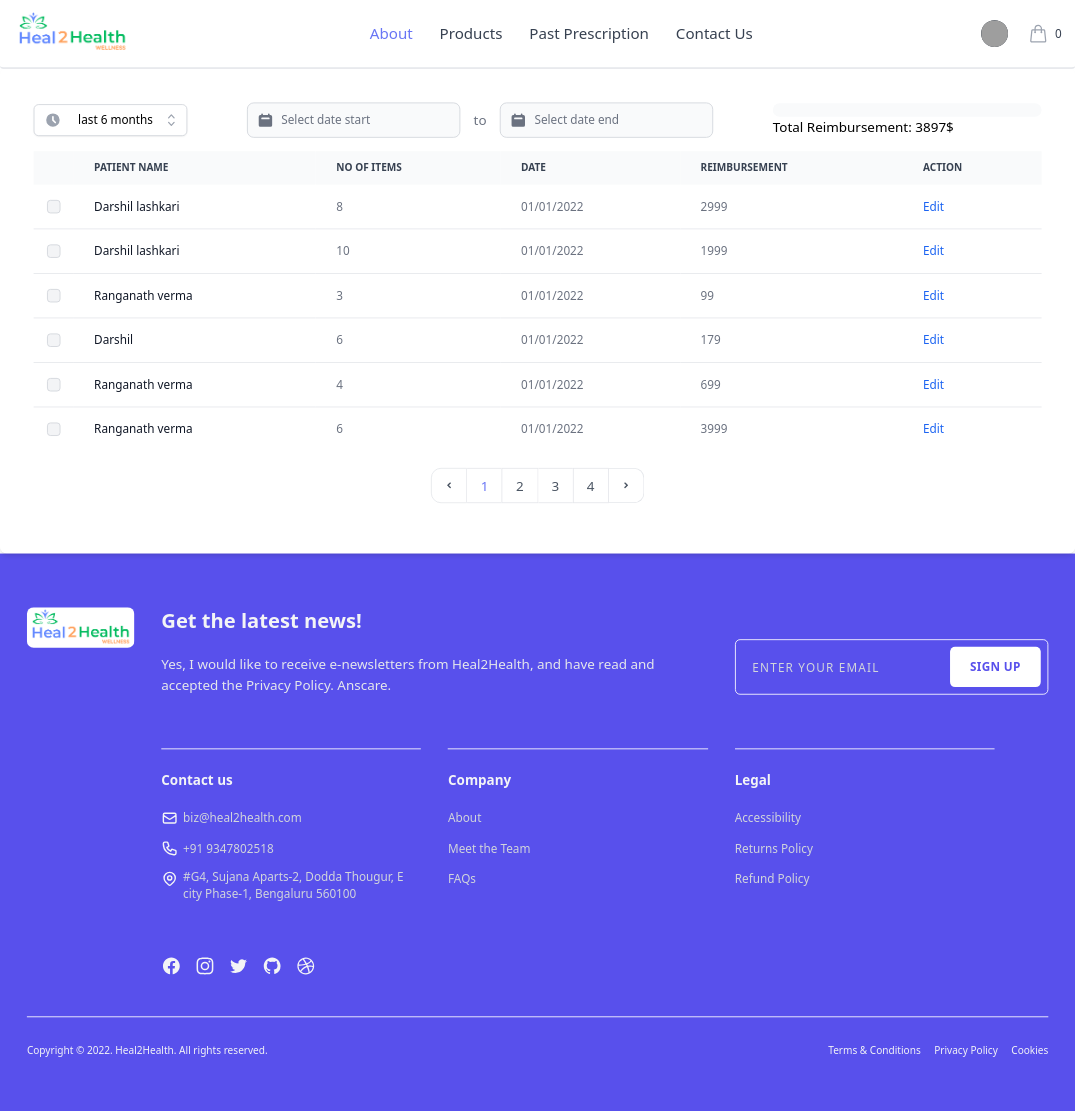
Repository: Akash123-coder/H2H
Page: /pastprescription (app in Frontend/)
An editor plug-in stored every save of this project. The page is shown before and after the next save, followed by the edit.
The browser window is 1280 px wide. The pictures show the whole page, at 84% of full size.
Pictures or frames that could not be fetched are drawn as grey boxes. The project was rebuilt for these pictures with package versions that can differ from the ones it lists, and the page was loaded fresh each time. Also part of the build but not shown: Frontend/vite.config.ts, Frontend/src/pages/About.tsx, Frontend/src/components/Cta.jsx, Frontend/src/pages/Home.jsx, Frontend/src/components/Product.tsx, Frontend/src/pages/Prescription.jsx, Frontend/src/pages/SignUp.jsx, Frontend/src/pages/Login.jsx and 1 more.

Above is the page before, as saved 2022-10-04 13:27:39.

### Frontend/index.html
<!DOCTYPE html>
<html lang="en">
  <head>
    <meta charset="UTF-8" />
    <link rel="icon" type="image/svg+xml" href="/vite.svg" />
    <meta name="viewport" content="width=device-width, initial-scale=1.0" />
    <title>Heal2Health</title>
  </head>
  <body>
    <div id="root"></div>
    <script type="module" src="/src/main.tsx"></script>
  </body>
</html>

### Frontend/src/main.tsx
import React from 'react'
import ReactDOM from 'react-dom/client'
import App from './App'
import './index.css'
import {BrowserRouter} from 'react-router-dom'

ReactDOM.createRoot(document.getElementById('root') as HTMLElement).render(
  <React.StrictMode>
    <BrowserRouter>
    <App />
    </BrowserRouter>
  </React.StrictMode>
)

### Frontend/src/App.jsx
import { Routes, Route } from "react-router-dom";
import Navbar from "./components/Navbar.jsx";
import { ShoppingCartProvider } from "./context/ShoppingCartContext";
import About from "./pages/About";
import Home from "./pages/Home";
import Prescription from "./pages/Prescription";
import SignUp from "./pages/SignUp";
import Footer from "./components/Footer";
import Login from "./pages/Login";
import Cart from "./pages/Cart";
import CompanyNameSelect from "./pages/CompanyNameSelect.jsx";
import PastPrescription from "./pages/PastPrescription.jsx";

function App() {
  return (
    <ShoppingCartProvider>
      <Navbar />
      <Routes>
        <Route path="/" element={<Home />} />
        <Route path="/prescription" element={<Prescription />} />
        <Route path="/about" element={<About />} />
        <Route path="/login" element={<Login />} />
        <Route path="/SignUp" element={<SignUp />} />
        <Route path="/pastprescription" element={<PastPrescription />} />
        {/* <Route path="/SignUp" element={<CompanyNameSelect />} /> */}
      </Routes>
      <Footer />
    </ShoppingCartProvider>
  );
}

export default App;

### Frontend/src/context/ShoppingCartContext.tsx
import {useContext ,useState, createContext ,ReactNode} from 'react'

const ShoppingCartContext = createContext({})

type ShoppingCartProviderProps ={
    children: ReactNode
}
type CartItem = {
    id: number
    quantity:number
}


type ShoppingCartContext ={
    CartQuantity:number
    CartItems:CartItem[]
    getItemQuantity:(id: number) => number
    increaseItemQuantity:(id: number) => void
    decreaseItemQuantity:(id: number) => void
    removeFromCart:(id: number) => void
}

export function useShoppingCart() {
  return ( useContext(ShoppingCartContext)
  )
}

export function ShoppingCartProvider({children}:ShoppingCartProviderProps){
    const [cartItems ,setCartItems] = useState<CartItem>([]);

    const CartQuantity = cartItems.reduce(
        (quantity ,item) => item.quantity + quantity,0
    )

    function getItemQuantity(id : number){
        return cartItems.find( item => item.id === id)?.quantity || 0
    }
    function increaseItemQuantity(id : number){
         setCartItems(currItems =>{
            if(currItems.find(item => item.id === id)==null){
                return [...currItems, {id , quantity : 1}]

            } else {
                return currItems.map(item =>{
                    if(item.id === id ){
                        return {...item ,quantity: item.quantity + 1}
                    }else{
                        return item
                    }
                })
            }
         })
    }
    function decreaseItemQuantity(id: number) {
        setCartItems(currItems => {
          if (currItems.find(item => item.id === id)?.quantity === 1) {
            return currItems.filter(item => item.id !== id)
          } else {
            return currItems.map(item => {
              if (item.id === id) {
                return { ...item, quantity: item.quantity - 1 }
              } else {
                return item
              }
            })
          }
        })
      }
    function removeFromCart(id : number){
        setCartItems(currItems =>{
            return currItems.filter(item =>item.id!==id)
        })
    }
    return (

        <ShoppingCartContext.Provider value = {{getItemQuantity,increaseItemQuantity,decreaseItemQuantity ,removeFromCart,cartItems,CartQuantity}}>
            {children}
        </ShoppingCartContext.Provider>
    )
}

### Frontend/src/pages/PastPrescription.jsx
import React from 'react'
import DatePickercomp from '../components/DatePickercomp';
import Select from '../components/Select';

function PastPrescription() {
  return (
    <div>
      <div class="overflow-x-auto relative shadow-md sm:rounded-lg p-10">
        <div class="flex justify-between items-center pb-4">
          <Select />
          <DatePickercomp />
          <div className="relative">
            <div
              id="table-Reimbursement"
              class="flex flex-nowrap items-center p-2 pl-10 w-80 text-sm text-gray-900 bg-gray-50 rounded-lg focus:ring-blue-500 focus:border-blue-500 dark:bg-gray-700 dark:border-gray-600 dark:placeholder-gray-400 dark:text-white dark:focus:ring-blue-500 dark:focus:border-blue-500"
            />
            Total Reimbursement: 3897$
          </div>
        </div>
        <table class="w-full text-sm text-left text-gray-500 dark:text-gray-400">
          <thead class="text-xs text-gray-700 uppercase bg-gray-50 dark:bg-gray-700 dark:text-gray-400">
            <tr>
              <th scope="col" class="p-4">
                <div class="flex items-center">
                  <label for="checkbox-all-search" class="sr-only">
                    checkbox
                  </label>
                </div>
              </th>
              <th scope="col" class="py-3 px-6">
                Patient name
              </th>
              <th scope="col" class="py-3 px-6">
                No of items
              </th>
              <th scope="col" class="py-3 px-6">
                Date
              </th>
              <th scope="col" class="py-3 px-6">
                Reimbursement
              </th>
              <th scope="col" class="py-3 px-6">
                Action
              </th>
            </tr>
          </thead>
          <tbody>
            <tr class="bg-white border-b dark:bg-gray-800 dark:border-gray-700 hover:bg-gray-50 dark:hover:bg-gray-600">
              <td class="p-4 w-4">
                <div class="flex items-center">
                  <input
                    id="checkbox-table-search-1"
                    type="checkbox"
                    class="w-4 h-4 text-blue-600 bg-gray-100 rounded border-gray-300 focus:ring-blue-500 dark:focus:ring-blue-600 dark:ring-offset-gray-800 focus:ring-2 dark:bg-gray-700 dark:border-gray-600"
                  />
                  <label for="checkbox-table-search-1" class="sr-only">
                    checkbox
                  </label>
                </div>
              </td>
              <th
                scope="row"
                class="py-4 px-6 font-medium text-gray-900 whitespace-nowrap dark:text-white"
              >
                Darshil lashkari
              </th>
              <td class="py-4 px-6">8</td>
              <td class="py-4 px-6">01/01/2022</td>
              <td class="py-4 px-6">2999</td>
              <td class="py-4 px-6">
                <a
                  href="#"
                  class="font-medium text-blue-600 dark:text-blue-500 hover:underline"
                >
                  Edit
                </a>
              </td>
            </tr>
            <tr class="bg-white border-b dark:bg-gray-800 dark:border-gray-700 hover:bg-gray-50 dark:hover:bg-gray-600">
              <td class="p-4 w-4">
                <div class="flex items-center">
                  <input
                    id="checkbox-table-search-2"
                    type="checkbox"
                    class="w-4 h-4 text-blue-600 bg-gray-100 rounded border-gray-300 focus:ring-blue-500 dark:focus:ring-blue-600 dark:ring-offset-gray-800 focus:ring-2 dark:bg-gray-700 dark:border-gray-600"
                  />
                  <label for="checkbox-table-search-2" class="sr-only">
                    checkbox
                  </label>
                </div>
              </td>
              <th
                scope="row"
                class="py-4 px-6 font-medium text-gray-900 whitespace-nowrap dark:text-white"
              >
                Darshil lashkari
              </th>
              <td class="py-4 px-6">10</td>
              <td class="py-4 px-6">01/01/2022</td>
              <td class="py-4 px-6">1999</td>
              <td class="py-4 px-6">
                <a
                  href="#"
                  class="font-medium text-blue-600 dark:text-blue-500 hover:underline"
                >
                  Edit
                </a>
              </td>
            </tr>
            <tr class="bg-white border-b dark:bg-gray-800 dark:border-gray-700 hover:bg-gray-50 dark:hover:bg-gray-600">
              <td class="p-4 w-4">
                <div class="flex items-center">
                  <input
                    id="checkbox-table-search-3"
                    type="checkbox"
                    class="w-4 h-4 text-blue-600 bg-gray-100 rounded border-gray-300 focus:ring-blue-500 dark:focus:ring-blue-600 dark:ring-offset-gray-800 focus:ring-2 dark:bg-gray-700 dark:border-gray-600"
                  />
                  <label for="checkbox-table-search-3" class="sr-only">
                    checkbox
                  </label>
                </div>
              </td>
              <th
                scope="row"
                class="py-4 px-6 font-medium text-gray-900 whitespace-nowrap dark:text-white"
              >
                Ranganath verma
              </th>
              <td class="py-4 px-6">3</td>
              <td class="py-4 px-6">01/01/2022</td>
              <td class="py-4 px-6">99</td>
              <td class="py-4 px-6">
                <a
                  href="#"
                  class="font-medium text-blue-600 dark:text-blue-500 hover:underline"
                >
                  Edit
                </a>
              </td>
            </tr>
            <tr class="bg-white border-b dark:bg-gray-800 dark:border-gray-700 hover:bg-gray-50 dark:hover:bg-gray-600">
              <td class="p-4 w-4">
                <div class="flex items-center">
                  <input
                    id="checkbox-table-3"
                    type="checkbox"
                    class="w-4 h-4 text-blue-600 bg-gray-100 rounded border-gray-300 focus:ring-blue-500 dark:focus:ring-blue-600 dark:ring-offset-gray-800 focus:ring-2 dark:bg-gray-700 dark:border-gray-600"
                  />
                  <label for="checkbox-table-3" class="sr-only">
                    checkbox
                  </label>
                </div>
              </td>
              <th
                scope="row"
                class="py-4 px-6 font-medium text-gray-900 whitespace-nowrap dark:text-white"
              >
                Darshil
              </th>
              <td class="py-4 px-6">6</td>
              <td class="py-4 px-6">01/01/2022</td>
              <td class="py-4 px-6">179</td>
              <td class="py-4 px-6">
                <a
                  href="#"
                  class="font-medium text-blue-600 dark:text-blue-500 hover:underline"
                >
                  Edit
                </a>
              </td>
            </tr>
            <tr class="bg-white border-b dark:bg-gray-800 dark:border-gray-700 hover:bg-gray-50 dark:hover:bg-gray-600">
              <td class="p-4 w-4">
                <div class="flex items-center">
                  <input
                    id="checkbox-table-3"
                    type="checkbox"
                    class="w-4 h-4 text-blue-600 bg-gray-100 rounded border-gray-300 focus:ring-blue-500 dark:focus:ring-blue-600 dark:ring-offset-gray-800 focus:ring-2 dark:bg-gray-700 dark:border-gray-600"
                  />
                  <label for="checkbox-table-3" class="sr-only">
                    checkbox
                  </label>
                </div>
              </td>
              <th
                scope="row"
                class="py-4 px-6 font-medium text-gray-900 whitespace-nowrap dark:text-white"
              >
                Ranganath verma
              </th>
              <td class="py-4 px-6">4</td>
              <td class="py-4 px-6">01/01/2022</td>
              <td class="py-4 px-6">699</td>
              <td class="py-4 px-6">
                <a
                  href="#"
                  class="font-medium text-blue-600 dark:text-blue-500 hover:underline"
                >
                  Edit
                </a>
              </td>
            </tr>
            <tr class="bg-white dark:bg-gray-800 hover:bg-gray-50 dark:hover:bg-gray-600">
              <td class="p-4 w-4">
                <div class="flex items-center">
                  <input
                    id="checkbox-table-3"
                    type="checkbox"
                    class="w-4 h-4 text-blue-600 bg-gray-100 rounded border-gray-300 focus:ring-blue-500 dark:focus:ring-blue-600 dark:ring-offset-gray-800 focus:ring-2 dark:bg-gray-700 dark:border-gray-600"
                  />
                  <label for="checkbox-table-3" class="sr-only">
                    checkbox
                  </label>
                </div>
              </td>
              <th
                scope="row"
                class="py-4 px-6 font-medium text-gray-900 whitespace-nowrap dark:text-white"
              >
                Ranganath verma
              </th>
              <td class="py-4 px-6">6</td>
              <td class="py-4 px-6">01/01/2022</td>
              <td class="py-4 px-6">3999</td>
              <td class="py-4 px-6">
                <a
                  href="#"
                  class="font-medium text-blue-600 dark:text-blue-500 hover:underline"
                >
                  Edit
                </a>
              </td>
            </tr>
          </tbody>
        </table>
        <div class="px-5 bg-white py-5 flex flex-col xs:flex-row items-center xs:justify-between">
          <div class="flex items-center">
            <button
              type="button"
              class="w-full p-4 border text-base rounded-l-xl text-gray-600 bg-white hover:bg-gray-100"
            >
              <svg
                width="9"
                fill="currentColor"
                height="8"
                class=""
                viewBox="0 0 1792 1792"
                xmlns="http://www.w3.org/2000/svg"
              >
                <path d="M1427 301l-531 531 531 531q19 19 19 45t-19 45l-166 166q-19 19-45 19t-45-19l-742-742q-19-19-19-45t19-45l742-742q19-19 45-19t45 19l166 166q19 19 19 45t-19 45z"></path>
              </svg>
            </button>
            <button
              type="button"
              class="w-full px-4 py-2 border-t border-b text-base text-indigo-500 bg-white hover:bg-gray-100 "
            >
              1
            </button>
            <button
              type="button"
              class="w-full px-4 py-2 border text-base text-gray-600 bg-white hover:bg-gray-100"
            >
              2
            </button>
            <button
              type="button"
              class="w-full px-4 py-2 border-t border-b text-base text-gray-600 bg-white hover:bg-gray-100"
            >
              3
            </button>
            <button
              type="button"
              class="w-full px-4 py-2 border text-base text-gray-600 bg-white hover:bg-gray-100"
            >
              4
            </button>
            <button
              type="button"
              class="w-full p-4 border-t border-b border-r text-base  rounded-r-xl text-gray-600 bg-white hover:bg-gray-100"
            >
              <svg
                width="9"
                fill="currentColor"
                height="8"
                class=""
                viewBox="0 0 1792 1792"
                xmlns="http://www.w3.org/2000/svg"
              >
                <path d="M1363 877l-742 742q-19 19-45 19t-45-19l-166-166q-19-19-19-45t19-45l531-531-531-531q-19-19-19-45t19-45l166-166q19-19 45-19t45 19l742 742q19 19 19 45t-19 45z"></path>
              </svg>
            </button>
          </div>
        </div>
      </div>
    </div>
  );
}

export default PastPrescription

### Frontend/src/components/DatePickercomp.jsx
// import  React from "react";
// import TextField from "@mui/material/TextField";
// import Box from "@mui/material/Box";
// import { LocalizationProvider } from "@mui/x-date-pickers-pro";
// import { AdapterDayjs } from "@mui/x-date-pickers-pro/AdapterDayjs";
// import { DateRangePicker } from "@mui/x-date-pickers-pro/DateRangePicker";

// export default function BasicDateRangePicker() {
//   const [value, setValue] = React.useState([null, null]);

//   return (
//     <LocalizationProvider
//       dateAdapter={AdapterDayjs}
//       localeText={{ start: "Check-in", end: "Check-out" }}
//     >
//       <DateRangePicker
//         value={value}
//         onChange={(newValue) => {
//           setValue(newValue);
//         }}
//         renderInput={(startProps, endProps) => (
//           <React.Fragment>
//             <TextField {...startProps} />
//             <Box sx={{ mx: 2 }}> to </Box>
//             <TextField {...endProps} />
//           </React.Fragment>
//         )}
//       />
//     </LocalizationProvider>
//   );
// }

import React from 'react'

function DatePickercomp() {
  return (
    <div>
<div date-rangepicker="" class="flex items-center">
  <div class="relative">
    <div class="flex absolute inset-y-0 left-0 items-center pl-3 pointer-events-none">
        <svg aria-hidden="true" class="w-5 h-5 text-gray-500 dark:text-gray-400" fill="currentColor" viewBox="0 0 20 20" xmlns="http://www.w3.org/2000/svg"><path fill-rule="evenodd" d="M6 2a1 1 0 00-1 1v1H4a2 2 0 00-2 2v10a2 2 0 002 2h12a2 2 0 002-2V6a2 2 0 00-2-2h-1V3a1 1 0 10-2 0v1H7V3a1 1 0 00-1-1zm0 5a1 1 0 000 2h8a1 1 0 100-2H6z" clip-rule="evenodd"></path></svg>
    </div>
    <input name="start" type="text" class="bg-gray-50 border border-gray-300 text-gray-900 sm:text-sm rounded-lg focus:ring-blue-500 focus:border-blue-500 block w-full pl-10 p-2.5 dark:bg-gray-700 dark:border-gray-600 dark:placeholder-gray-400 dark:text-white dark:focus:ring-blue-500 dark:focus:border-blue-500 datepicker-input" placeholder="Select date start"/>
  </div>
  <span class="mx-4 text-gray-500">to</span>
  <div class="relative">
    <div class="flex absolute inset-y-0 left-0 items-center pl-3 pointer-events-none">
        <svg aria-hidden="true" class="w-5 h-5 text-gray-500 dark:text-gray-400" fill="currentColor" viewBox="0 0 20 20" xmlns="http://www.w3.org/2000/svg"><path fill-rule="evenodd" d="M6 2a1 1 0 00-1 1v1H4a2 2 0 00-2 2v10a2 2 0 002 2h12a2 2 0 002-2V6a2 2 0 00-2-2h-1V3a1 1 0 10-2 0v1H7V3a1 1 0 00-1-1zm0 5a1 1 0 000 2h8a1 1 0 100-2H6z" clip-rule="evenodd"></path></svg>
    </div>
    <input name="end" type="text" class="bg-gray-50 border border-gray-300 text-gray-900 sm:text-sm rounded-lg focus:ring-blue-500 focus:border-blue-500 block w-full pl-10 p-2.5 dark:bg-gray-700 dark:border-gray-600 dark:placeholder-gray-400 dark:text-white dark:focus:ring-blue-500 dark:focus:border-blue-500 datepicker-input" placeholder="Select date end"/>
</div>
</div>
</div>
  )
}

export default DatePickercomp

### Frontend/tailwind.config.cjs
/** @type {import('tailwindcss').Config} */
module.exports = {
  content: [
    "./src/**/*.{js,jsx,ts,tsx}",
    "node_modules/flowbite-react/**/*.{js,jsx,ts,tsx}",
  ],
  theme: {
    extend: {},
  },
  plugins: [require("flowbite/plugin"), require("@tailwindcss/forms")],
};

Loaded but not shown: Frontend/src/index.css (common file); Frontend/src/components/Footer.jsx (300 lines, source omitted); Frontend/src/pages/Cart.jsx (227 lines, source omitted); Frontend/src/components/Navbar.jsx (181 lines, source omitted); Frontend/src/components/Select.jsx (122 lines, source omitted)

After the next save:
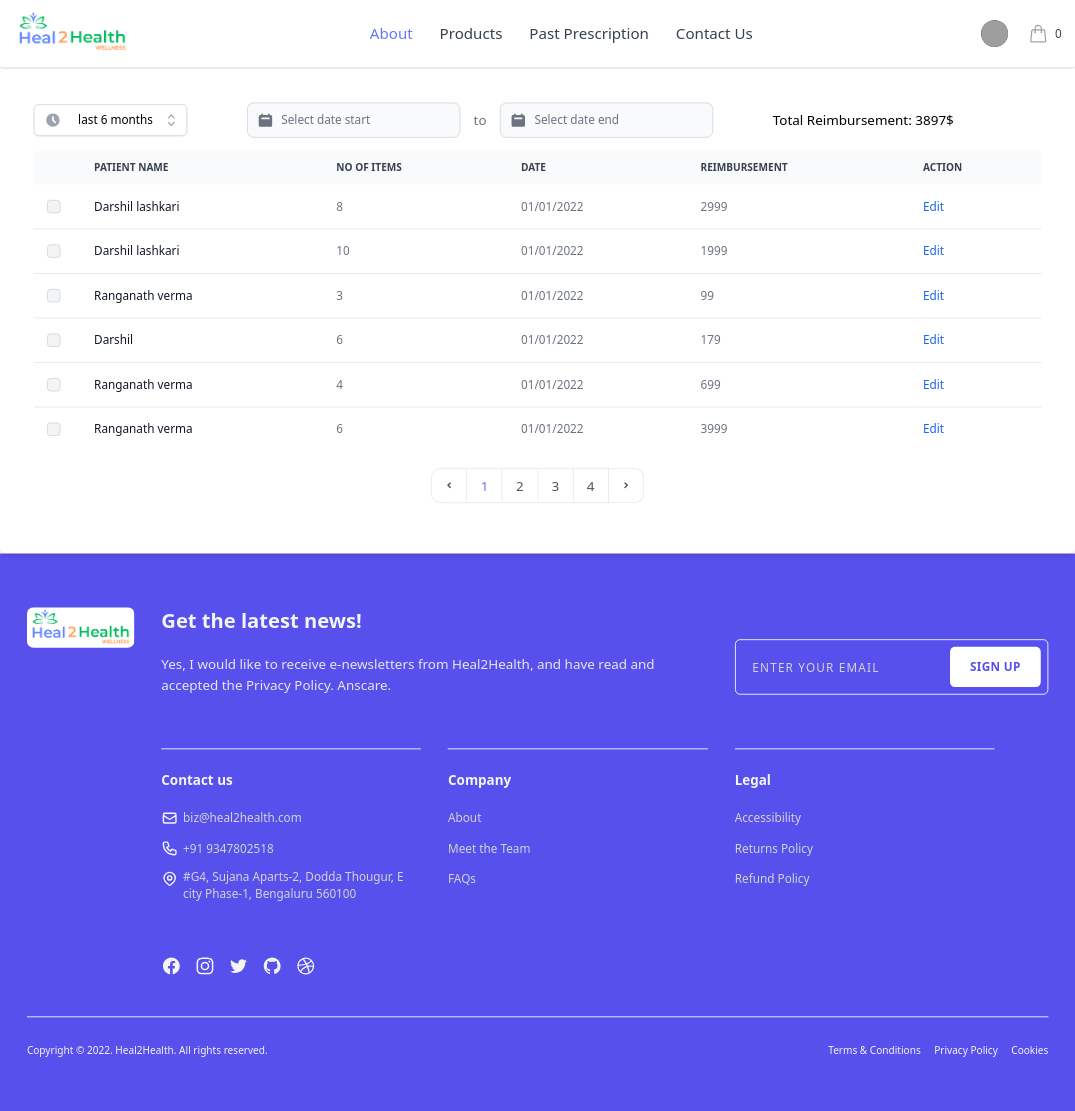
Saved 49 s later.
--- a/Frontend/src/pages/PastPrescription.jsx
+++ b/Frontend/src/pages/PastPrescription.jsx
@@ -12,7 +12,7 @@ function PastPrescription() {
           <div className="relative">
             <div
               id="table-Reimbursement"
-              class="flex flex-nowrap items-center p-2 pl-10 w-80 text-sm text-gray-900 bg-gray-50 rounded-lg focus:ring-blue-500 focus:border-blue-500 dark:bg-gray-700 dark:border-gray-600 dark:placeholder-gray-400 dark:text-white dark:focus:ring-blue-500 dark:focus:border-blue-500"
+              class="flex flex-nowrap items-center  pl-10 w-80 text-sm text-gray-900 bg-gray-50 rounded-lg focus:ring-blue-500 focus:border-blue-500 dark:bg-gray-700 dark:border-gray-600 dark:placeholder-gray-400 dark:text-white dark:focus:ring-blue-500 dark:focus:border-blue-500"
             />
             Total Reimbursement: 3897$
           </div>
